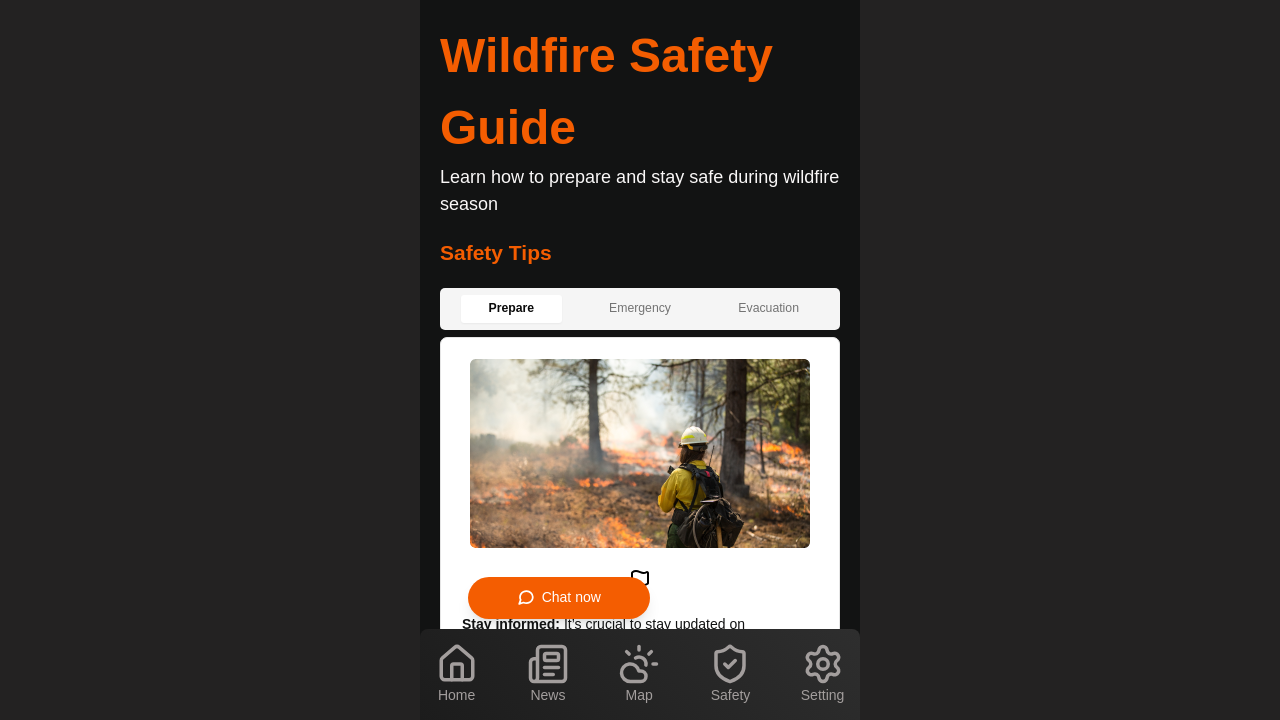
Repository: BCITKevin/Flare_IDSP
Page: /safety
An editor plug-in stored every save of this project. The page is shown before and after the next save, followed by the edit.
The browser window is 1280 px wide. The pictures show the whole page.
An inner scrolling area shows only its first screen. Some web fonts or font styles are not loaded; a fallback is used. The project was rebuilt for these pictures with package versions that can differ from the ones it lists, and the page was loaded fresh each time. The framework's server and built-in components were replaced by stand-ins that run in the browser. Also part of the build but not shown: next.config.js, next.config.mjs.

Above is the page before, as saved 2024-11-30 07:09:54.

### src/app/layout.tsx
import type { Metadata } from "next";
import Script from 'next/script';
import "./globals.css";
import { BrowserRouter } from "react-router-dom";

export const metadata: Metadata = {
  title: "Flare",
  description: "Flare is disaster response platform.",
  manifest: "/manifest.json",
};

export default function RootLayout({
  children,
}: Readonly<{
  children: React.ReactNode;
}>) {
  return (
    <html lang="en">
        <head>
          <link rel="manifest" href="/manifest.json" />
          <link rel="icon" href="/favicon.ico" />
          <link rel="apple-touch-icon" href="/images/logo-192x192.png" />
          <link
            rel="stylesheet"
            href="https://cdnjs.cloudflare.com/ajax/libs/leaflet/1.9.4/leaflet.min.css"
            crossOrigin=""
          />
        </head>
        <body
          className={`antialiased`}
        >
          {children}
          <Script
            src="https://cdnjs.cloudflare.com/ajax/libs/leaflet/1.9.4/leaflet.min.js"
            strategy="beforeInteractive"
            crossOrigin=""
          />
        </body>
    </html>
  );
}

### src/app/safety/page.tsx
'use client';

import { Tabs, TabsContent, TabsList, TabsTrigger } from "@/components/ui/tabs";
import {
    Card,
    CardContent,
    // CardDescription,
    // CardFooter,
    CardHeader,
    // CardTitle,
} from "@/components/ui/card"
import styles from "./safety.module.css"
import { Backpack, Map, Flag } from "lucide-react";
import prepareHero from "../public/images/prepareHero.png"
import evacHero from "../public/images/EvacHero.png"
import emergencyHero from "../public/images/EmergencyHero.png"
import BottomNavBar from "@/components/BottomNavBar/BottomNavBar";
import React from "react";

import { useState } from "react";
import Image from "next/image";

type Message = {
    text: string;
    sender: string;
};

// Card can be reformatted into a reusable component

export default function Safety() {
    const [showChat, setShowChat] = useState(false);
    const [activeTab, setActiveTab] = useState('Prepare');
    const [prevMsg, setMsg] = useState<Message[]>([
        { text: "Hello! Is there anything about wildfires I could help you with today?", sender: 'bot' },
    ]);


    async function handleSubmit(e: React.FormEvent<HTMLFormElement>) {
        e.preventDefault()

        try {
            const message = (document.querySelector('#message') as HTMLInputElement)?.value;
            (document.querySelector('#message') as HTMLInputElement).value = '';

            console.log(message);
            setMsg((prevMsg) => [...prevMsg, { text: message, sender: 'user' }]);

            const res = await fetch('/api/safety', {
                method: 'POST',
                headers: {
                    'Content-Type': 'application/json',
                },
                body: JSON.stringify({ message }),
            });

            if (!res.ok) {
                console.error();
                throw new Error('OOPS, SOMETHIN WRONG WITH BOT');
            }
            const data = await res.json();

            const botResponse = data.chat.content || "Sorry, I can't process your request. Please try again";

            setMsg((prevMsg) => [...prevMsg, { text: botResponse, sender: 'bot' }]);

            console.log('from gpt: ', botResponse);
        }
        catch (err) {
            console.error(err);
        }
    }

    const prepareText = `
    <strong>Stay informed:</strong> It’s crucial to stay updated on emergency alerts and evacuation orders issued by local authorities. Regularly check with Flare and turn on notifications and stay updated with the news. These alerts provide critical information about wildfire locations, safe zones, and road closures.
    <br><br>
    <strong>Assemble an emergency kit:</strong> Include:
    <ul>
        <li>- First aid supplies, such as bandages, antiseptics, and pain relievers.</li>
        <li>- Enough non-perishable food and water to sustain your household for at least 3 days.</li>
        <li>- Flashlights with spare batteries, a multi-tool, a whistle for signaling, and a fire extinguisher.</li>
        <li>- Personal hygiene items, blankets, and clothing suitable for various weather conditions.</li>
    </ul>
    <br>
    <strong>Follow evacuation routes:</strong> Use the safest, predefined routes recommended by local authorities. Avoid unfamiliar roads that could be blocked or unsafe. Always have a physical map in case of GPS or mobile network failure.
    <br><br>
    <strong>Leave as early as possible:</strong> Don’t wait until the last moment to evacuate. Early action reduces risks and allows emergency responders to focus on critical areas. Traffic congestion and panic during last-minute evacuations can pose additional dangers.
    <br><br>
    <strong>Assist neighbors if possible:</strong> Check on those in your community who may need help, especially the elderly, people with disabilities, or families without transportation. Offer support by carpooling or sharing resources.
    <br><br>
    <strong>Keep your vehicle ready:</strong> Ensure your vehicle is in good condition with a full gas tank. Keep the keys easily accessible, park the car facing outward for a quick exit, and load essential items in advance to save time during an emergency.
    <br><br>
    <strong>Practice your evacuation plan:</strong> Conduct regular drills with your household to ensure everyone knows their roles and responsibilities. Familiarity with the process can reduce stress and confusion during an actual emergency.
    <br><br>
    <strong>Create a defensible space around your home:</strong> Clear dry leaves, branches, and other flammable materials at least 30 feet from your home. Trim tree branches to a height of at least 6 feet to prevent fire from climbing. Regularly maintain gutters and roofs by removing debris. Store firewood and other combustible items far from structures.
    <br><br>
    `;


    const emergencyText = `
    <strong>If you are in danger, contact emergency services immediately:</strong> Dial the emergency hotline 911 if your safety is compromised. Or  call 1 800 663-5555 toll-free or <strong>*5555</strong> on a cellphone to report a wildfire. Clearly state your location and the nature of the emergency to ensure responders can locate you quickly. Avoid using the line for non-critical updates to keep it free for those in immediate need.
    <br><br>
    <strong>Stay inside if safe:</strong> If evacuation is not possible, shelter in place in a safe room. Select an area with minimal windows and external doors, preferably one located at the center of your home or on the opposite side of the fire’s path. Keep the space stocked with basic necessities, including water, flashlights, and communication devices.
    <br><br>
    <strong>Block air entry:</strong> Use duct tape, wet towels, or other materials to seal gaps around doors and windows to prevent smoke infiltration. Shut off HVAC systems and close vents to further limit the entry of hazardous air.
    <br><br>
    <strong>Listen to official information:</strong> Stay tuned to updates from local authorities via radio, mobile apps, or reliable online sources. Avoid spreading or acting on unverified information that may cause unnecessary panic.
    <br><br>
    <strong>Use face coverings:</strong> If you need to go outside or smoke enters your shelter, use wet towels, bandanas, or certified N95 masks to filter harmful particles. This is especially important for individuals with respiratory issues, the elderly, and young children.
    <br><br>
    <strong>Stay hydrated:</strong> Drink plenty of water to combat dehydration caused by heat and smoke inhalation. Avoid alcohol or caffeinated drinks, which can exacerbate dehydration. If possible, keep oral rehydration salts or electrolyte drinks on hand.
    <br><br>
    <strong>Be prepared for power outages:</strong> Wildfires may disrupt electricity. Keep flashlights, extra batteries, and a manual crank radio available. Charge your devices in advance and consider using portable power banks.
    <br><br>
    <strong>Plan for communication:</strong> If mobile networks are down, use walkie-talkies or pre-established signals with neighbors and family to communicate effectively.
    <br><br>
    <strong>Protect pets and livestock:</strong> Keep your pets in a secure area with food and water. If possible, move livestock to open areas far from fire hazards.
    <br><br>
    <strong>Monitor air quality:</strong> Use air purifiers indoors if available and check air quality levels through official channels to minimize smoke-related health risks.
    `;


    const evacuationText = `
    <strong>Develop a family emergency plan:</strong> Create a detailed emergency plan that includes designated meeting spots, multiple communication strategies, and escape routes for different scenarios. Assign responsibilities to each family member and rehearse the plan frequently to ensure everyone is prepared.
    <br><br>
    <strong>Prepare to leave immediately:</strong>
    - Ensure you have gathered all essential items ahead of time to avoid delays. These include:
    <br><br>
    <ul>
        <li>- <strong>Medications</strong>, including prescription drugs and a basic first aid kit for minor injuries.</li>
        <li>- <strong>Important documents</strong>, such as government-issued IDs, insurance papers, property deeds, and emergency contact information.</li>
        <li>- Your <strong>emergency kit</strong> as outlined in the prepare section</li>
        <li>- Personal items like clothing, toiletries, and any essential supplies for infants, pets, or elderly family members.</li>
    </ul>
    <br>
    <strong>Keep important documents ready:</strong> Store essential documents like birth certificates, passports, medical records, and insurance policies in a waterproof, fireproof safe. Back up digital copies to cloud storage or an external hard drive.
    <br><br>
    <strong>Know your local risk level:</strong> Familiarize yourself with wildfire risks in your area by consulting local government websites and fire risk maps. Participate in community evacuation drills to understand the best practices and routes in case of an emergency.
    <br><br>
    <strong>Sign up for emergency alerts:</strong> Subscribe to wildfire and weather warning systems offered by local authorities.
    <br><br>
    <strong>Invest in fire-resistant building materials:</strong> Upgrade your home with fire-resistant roofing, siding, and windows. Install ember-resistant vents to prevent sparks from entering your home.
    <br><br>
    <strong>Prepare your vehicle:</strong> Keep your car in good working condition, with a full gas tank and an emergency kit inside. Include maps, a spare tire, tools, and extra supplies to ensure mobility during an evacuation.
    <br><br>
    <strong>Coordinate with your neighbors:</strong> Work together with your community to create a wildfire response plan. Share resources, such as tools and safety tips, to enhance collective preparedness.
    <br><br>
    <strong>Learn fire suppression techniques:</strong> Take basic training on how to use a fire extinguisher and other suppression tools effectively. Know when to evacuate instead of attempting to combat the fire yourself.
    <br><br>
    <strong>Advocate for local safety measures:</strong> Encourage local governments to implement wildfire prevention strategies, such as controlled burns, community fuel breaks, and infrastructure upgrades.
    `;




    return (
        <body className="min-h-screen overflow-y-auto">
            <div className="safetyLayout h-full overflow-y-auto mb-44">
                <div className={styles.safetyHeading}>
                    <h1>
                        Wildfire Safety Guide
                    </h1>
                    <h5 className={styles.whiteText}>
                        Learn how to prepare and stay safe during wildfire season
                    </h5>
                </div>
                {/* <Card className="p-5 mt-3 transition-all duration-300 hover:shadow-lg border-l-4 border-l-orange-500">
                    <CardHeader className="p-0 mb-3">
                        <div className="flex items-center gap-2">
                            <strong className={`${styles.articleBody} text-lg`}>
                                Based on your Location and Recent Weather
                            </strong>
                        </div>
                    </CardHeader>
                    <CardContent className="p-0">
                        <div className="flex flex-col gap-2">
                            <p className={`${styles.articleBody} leading-relaxed`}>
                                Consider bringing:
                            </p>
                            <ul className="list-disc ml-5 space-y-1">
                                <li className={styles.articleBody}>Extra water (1 gallon per person)</li>
                                <li className={styles.articleBody}>Cooling towels</li>
                                <li className={styles.articleBody}>Sun protection (hat, sunscreen)</li>
                            </ul>
                        </div>
                    </CardContent>
                </Card> */}
                <div className={`${styles.safetyHeading} mb-6 mt-6`}>
                    <h3 className="text-2xl font-bold">
                        Safety Tips
                    </h3>
                </div>
                <div className="mt-2">
                <Tabs defaultValue="Prepare" className="w-full flex flex-col" onValueChange={setActiveTab}>
                        <TabsList className="space-x-8 p-6">
                            <TabsTrigger value="Prepare" className={`w-full ${activeTab === 'Prepare' ? styles.activeTab : ''}`}>Prepare</TabsTrigger>
                            <TabsTrigger value="Emergency" className={`w-full ${activeTab === 'Emergency' ? styles.activeTab : ''}`}>Emergency</TabsTrigger>
                            <TabsTrigger value="Evacuation" className={`w-full ${activeTab === 'Evacuation' ? styles.activeTab : ''}`}>Evacuation</TabsTrigger>
                        </TabsList>
                        <TabsContent value="Prepare">
                            <Card className={`${styles.card} p-6 flex flex-col items-center mb-24`}>
                                <Image src={prepareHero} width={340} height={189} alt="a rescue worker looking towards a wildfire" />
                                <Flag color="black" className="m-6" />
                                <p dangerouslySetInnerHTML={{ __html: prepareText }} className={styles.articleBody} />
                            </Card>
                        </TabsContent>
                        <TabsContent value="Emergency">
                            <Card className={`${styles.card} p-6 flex flex-col items-center mb-24`}>
                                <Image src={emergencyHero} width={340} height={189} alt="a rescue worker looking towards a wildfire" />
                                <Backpack color="black" className="m-6" />
                                <p dangerouslySetInnerHTML={{ __html: emergencyText }} className={styles.articleBody} />
                            </Card>
                        </TabsContent>
                        <TabsContent value="Evacuation">
                            <Card className={`${styles.card} p-6 flex flex-col items-center mb-24`}>
                                <Image src={evacHero} width={340} height={189} alt="a rescue worker looking towards a wildfire" />
                                <Map color="black" className="m-6" />
                                <p dangerouslySetInnerHTML={{ __html: evacuationText }} className={styles.articleBody} />
                            </Card>
                        </TabsContent>
                    </Tabs>
                </div>
                {showChat ? (
                    <>
                        <div className="justify-center items-center flex overflow-x-hidden overflow-y-auto fixed inset-0 z-50 outline-none focus:outline-none">
                            <div className="relative w-full h-full mx-auto max-w-3xl px-4 pt-6 pb-24">
                                <div className="border-0 rounded-lg shadow-lg relative flex flex-col w-full h-full bg-white outline-none focus:outline-none">
                                    {/* Header */}
                                    <div className="flex items-center justify-between p-4 border-b border-solid border-gray-200">
                                        <h3 className="text-lg font-semibold text-gray-900">Flare Assistant</h3>
                                        <button
                                            className="p-1 ml-auto border-0 text-black float-right text-3xl leading-none font-semibold"
                                            onClick={() => setShowChat(false)}
                                        >
                                            ×
                                        </button>
                                    </div>

                                    {/* Chat Messages */}
                                    <div className="relative p-4 flex-auto overflow-y-auto">
                                        {prevMsg.map((msg, i) => (
                                            <div key={i} className={`flex ${msg.sender === 'user' ? 'justify-end' : 'justify-start'} mb-4`}>
                                                <div className={`rounded-lg px-4 py-2 max-w-[80%] ${
                                                    msg.sender === 'user'
                                                    ? 'bg-[var(--orange)] text-white'
                                                    : 'bg-gray-100 text-gray-800'
                                                }`}>
                                                    {msg.text}
                                                </div>
                                            </div>
                                        ))}
                                    </div>

                                    {/* Input Form */}
                                    <div className="border-t border-solid border-gray-200 p-4">
                                        <form onSubmit={handleSubmit} className="flex gap-2">
                                            <input
                                                type="text"
                                                id="message"
                                                placeholder="Type your message..."
                                                className="flex-grow px-4 py-2 border border-gray-300 rounded-full focus:outline-none focus:border-[var(--orange)]"
                                            />
                                            <button
                                                type="submit"
                                                className="bg-[var(--orange)] text-white rounded-full px-6 py-2"
                                            >
                                                Send
                                            </button>
                                        </form>
                                    </div>
                                </div>
                            </div>
                        </div>
                        <div className="opacity-25 fixed inset-0 z-40 bg-black"></div>
                    </>
                ) : null}
                <div className="flex flex-col fixed bottom-24 rounded-md px-6 py-3 m-2 items-center gap-4 transition-all duration-300">
                    {/* <div>
                        <span className="flex justify-center text-white ">Flare Assistant</span>
                        <p className="text-white text-base">Ask us about how you can stay safe</p>
                    </div> */}
                    <button
                        className="flex justify-center bg-[var(--orange)] text-white rounded-full shadow-lg transition-all duration-300 flex items-center gap-2 px-4 py-2 w-3/4 hover:border-2 hover:border-white box-border w-52 h-12"
                        onClick={() => setShowChat(true)}
                    >
                        <img src="/icons/message-circle.svg" alt="chatbot icon" className="w-5 h-5 filter invert brightness-0" />
                        <span>Chat now</span>
                    </button>
                </div>
            </div>
            <BottomNavBar />
        </body>
    )
}

Loaded but not shown: src/lib/utils.ts (common file); src/app/globals.css (310 lines, source omitted); src/components/BottomNavBar/BottomNavBar.jsx (106 lines, source omitted); tailwind.config.ts (96 lines, source omitted); src/components/ui/tabs.tsx (55 lines, source omitted); src/components/ui/card.tsx (79 lines, source omitted); src/components/BottomNavBar/BottomNavBar.module.css (36 lines, source omitted); src/app/safety/safety.module.css (29 lines, source omitted)

After the next save:
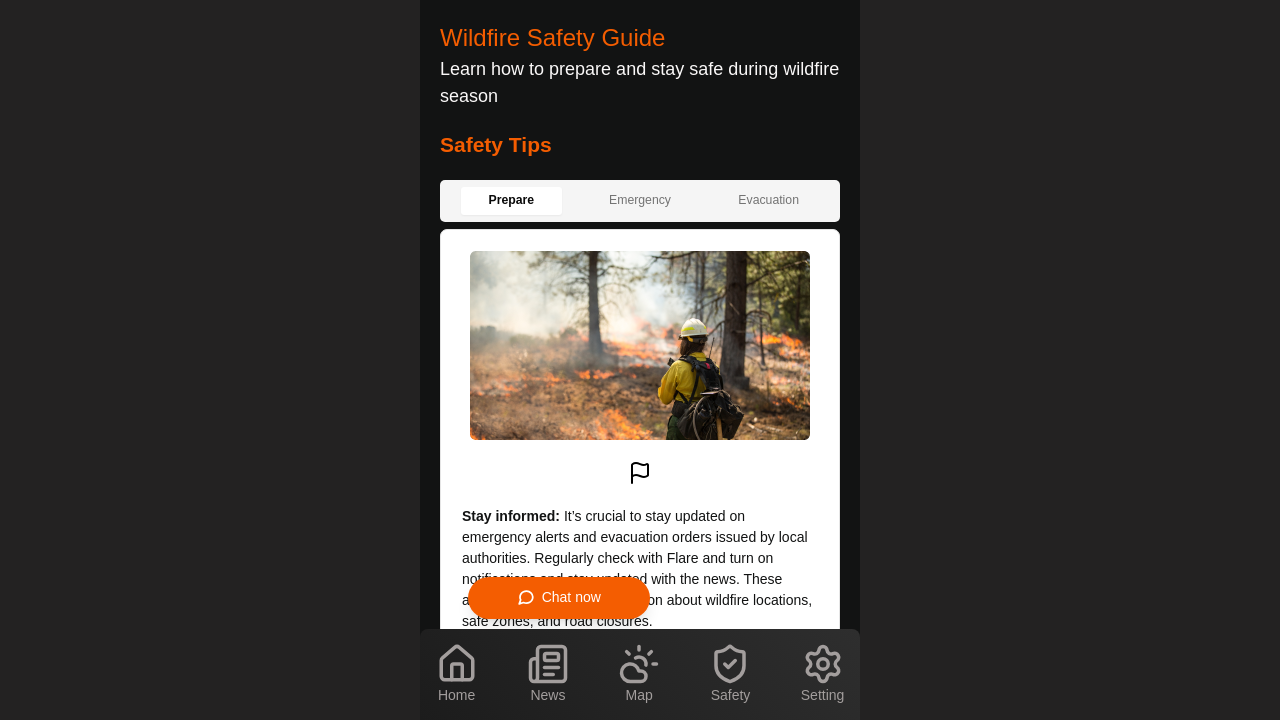
Saved 15 s later.
--- a/src/app/safety/page.tsx
+++ b/src/app/safety/page.tsx
@@ -156,9 +156,9 @@
         <body className="min-h-screen overflow-y-auto">
             <div className="safetyLayout h-full overflow-y-auto mb-44">
                 <div className={styles.safetyHeading}>
-                    <h1>
+                    <h3>
                         Wildfire Safety Guide
-                    </h1>
+                    </h3>
                     <h5 className={styles.whiteText}>
                         Learn how to prepare and stay safe during wildfire season
                     </h5>

After the save that followed:
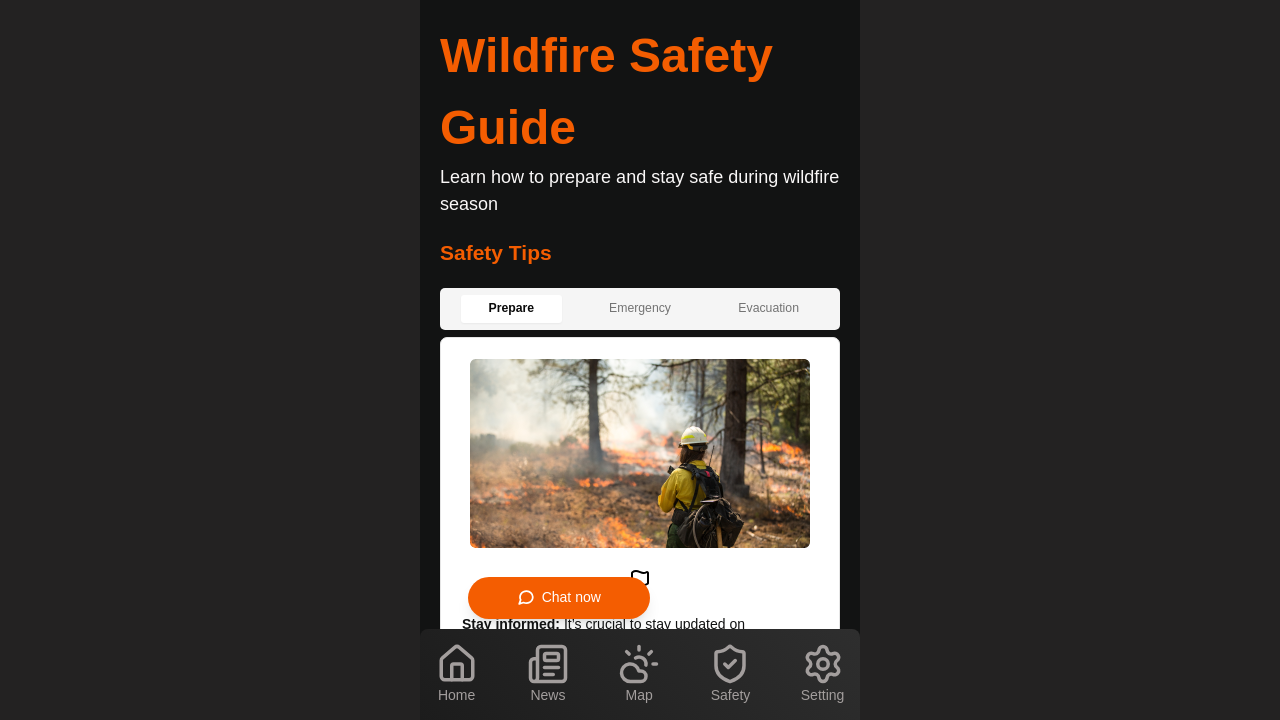
Saved 55 s later.
--- a/src/app/safety/page.tsx
+++ b/src/app/safety/page.tsx
@@ -156,9 +156,9 @@
         <body className="min-h-screen overflow-y-auto">
             <div className="safetyLayout h-full overflow-y-auto mb-44">
                 <div className={styles.safetyHeading}>
-                    <h3>
+                    <h1>
                         Wildfire Safety Guide
-                    </h3>
+                    </h1>
                     <h5 className={styles.whiteText}>
                         Learn how to prepare and stay safe during wildfire season
                     </h5>
